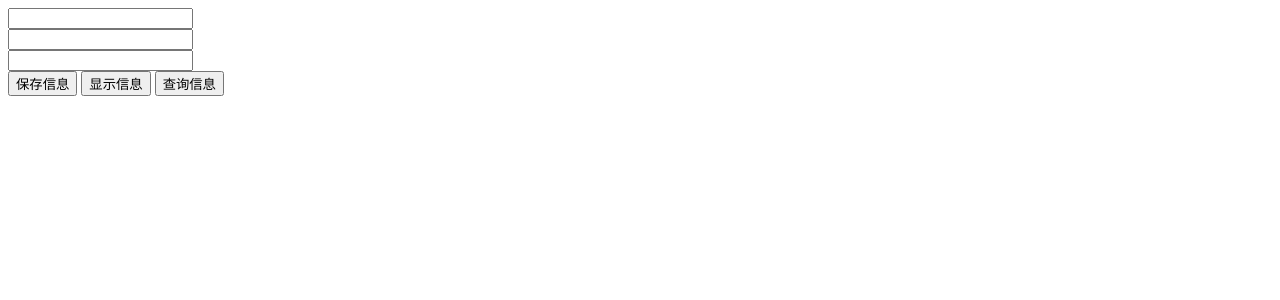
Repository: linkyh/April
Page: testjavascript/WebRoot/index.html
These files come from the project's save history. The page is drawn as it stood at one moment and after the next save; the edit follows.
The browser window is 1280 px wide. The pictures show the whole page.

Above is the page before, as saved 2016-07-19 07:34:20.

### testjavascript/WebRoot/index.html
<!DOCTYPE html>
<html>
  <head>
    <title>index.html</title>

    <meta http-equiv="keywords" content="keyword1,keyword2,keyword3">
    <meta http-equiv="description" content="this is my page">
    <meta http-equiv="content-type" content="text/html; charset=gb2312">

    <!--<link rel="stylesheet" type="text/css" href="./styles.css">-->

  </head>

  <body>
    <form id="form1" name="form1">

		<input type="text" name="txtName" id="txt1"/><br>
		<input type="text" name="txtName" id="txt2"/><br>
		<input type="text" name="txtName" id="txt3"/><br>
		<input type="button" id="btn" value="保存信息" onclick="btnSave()"/>
		<input type="button" id="print" value="显示信息" onclick="btnPrint()"/>
		<input type="button" id="select" value="查询信息" onclick="btnSelect()"/>
    </form>
  </body>
</html>
<script type="text/javascript">
	//跳转方法，form1可改为数组对象forms[0]的形式
	function btnPrint(){
		var printDocment=document.form1;
		printDocment.action="print.html";
		printDocment.method="post";
		printDocment.submit();
	}
	function btnSelect(){
		var selsetDocment=document.form1;
		selsetDocment.action="select.html";
		selsetDocment.method="get";
		selsetDocment.submit();
	}
	//根据文本框内容保存相应的值
	function btnSave(){

	}
</script>

After the next save:
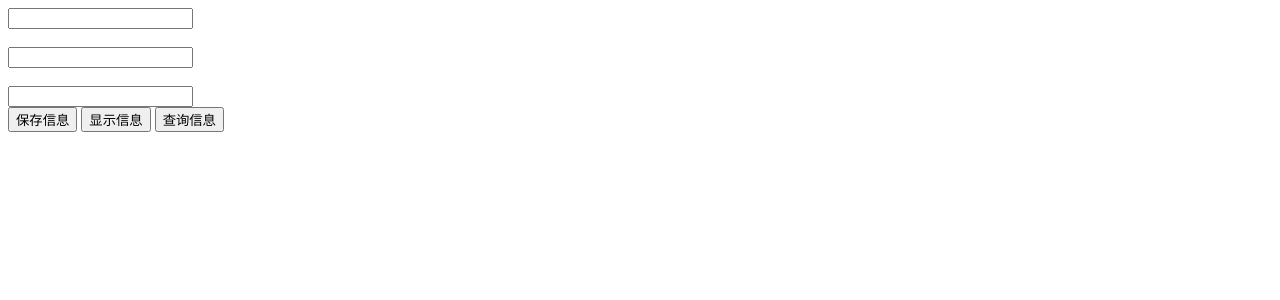
Saved 20 s later.
--- a/testjavascript/WebRoot/index.html
+++ b/testjavascript/WebRoot/index.html
@@ -14,8 +14,8 @@
   <body>
     <form id="form1" name="form1">
 
-		<input type="text" name="txtName" id="txt1"/><br>
-		<input type="text" name="txtName" id="txt2"/><br>
+		<input type="text" name="txtName" id="txt1"/><br><br>
+		<input type="text" name="txtName" id="txt2"/><br><br>
 		<input type="text" name="txtName" id="txt3"/><br>
 		<input type="button" id="btn" value="保存信息" onclick="btnSave()"/>
 		<input type="button" id="print" value="显示信息" onclick="btnPrint()"/>
